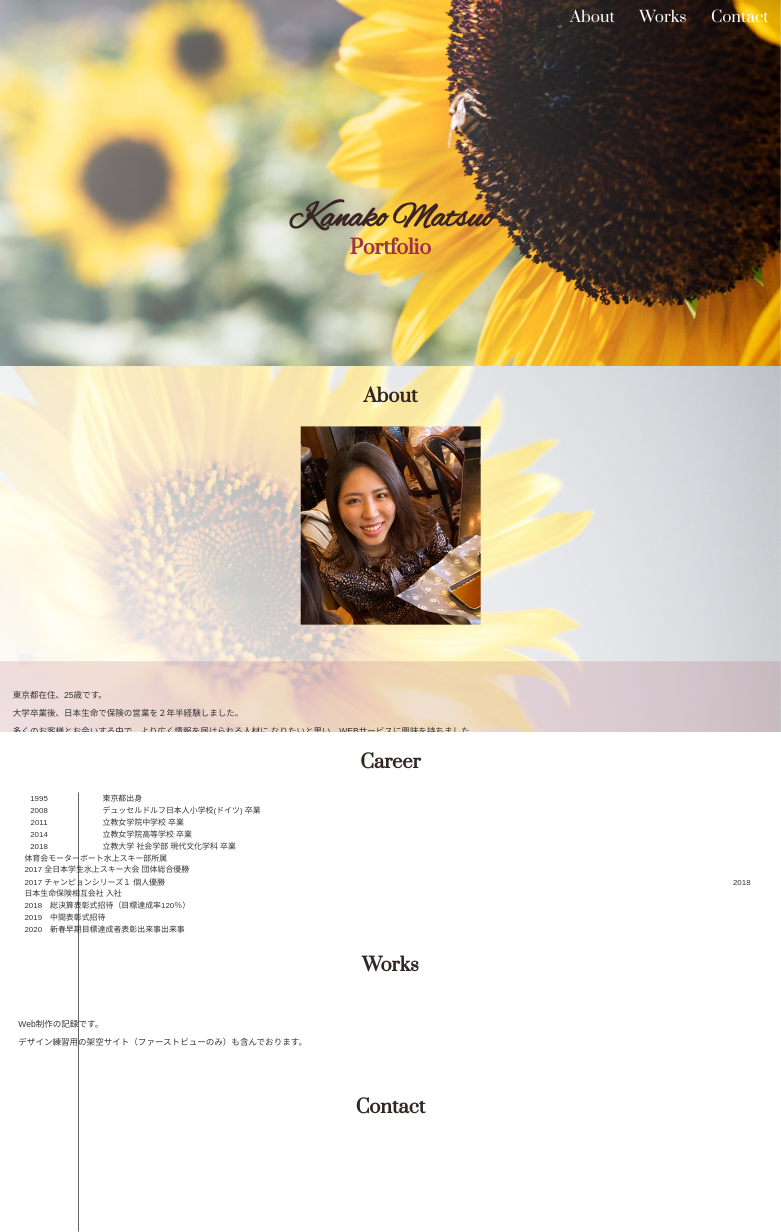
Repository: KanakoMatsuo/Portfolio
Page: index.html
The author's editor kept a record of every edit. The page is drawn from the files as they stood at one moment, then again after the next edit.
The browser window is 1280 px wide. The pictures show the whole page, at 61% of full size.

Above is the page before.

### index.html
<!DOCTYPE html>
<html lang="ja">
    <head>
        <meta charset="UTF-8">
        <title>Kanako Matsuo ポートフォリオ</title>
        <link href="https://fonts.googleapis.com/css2?family=Alex+Brush&family=Prata&display=swap" rel="stylesheet">
        <link rel="stylesheet" href="Portfolio.css">
    </head>
    <body>
        <header>
            <nav>
                <ul>
                    <li>About</li>
                    <li>Works</li>
                    <li>Contact</li>
                </ul>
            </nav>
            <h1>
                <span class="A">Kanako Matsuo</span><br>
                <span class="B">Portfolio</span>
            </h1>
        </header>
        <section class="About">
            <h2>
                About
            </h2>
            <img class="myphoto" src="./images/image0.jpg">
            <p>
                東京都在住、25歳です。<br>大学卒業後、日本生命で保険の営業を２年半経験しました。<br>
                多くのお客様とお会いする中で、より広く情報を届けられる人材に
                なりたいと思い、WEBサービスに興味を持ちました。<br>
                それから侍エンジニア塾で３カ月間、WEB制作とコーディングを勉強しながら転職活動を行っております。<br>
                営業職で培ったヒアリング力とお客様に寄り添った提案スキルを
                活かして、WEB制作の仕事でも顧客とのコミュニケーションを大切にし、顧客の課題解決、目標達成に貢献していきたいです。
            </p>
        </section>
        <section class="Career">
            <h2>
                Career
            </h2>
            <dt></dt>
            <dl class="history">
                <dt>1995</dt> <dd>東京都出身</dd>
                <dt>2008</dt> <dd>デュッセルドルフ日本人小学校(ドイツ) 卒業</dd>
                <dt>2011</dt> <dd>立教女学院中学校 卒業</dd>
                <dt>2014</dt> <dd>立教女学院高等学校 卒業</dd>
                <dt>2018</dt> <dd>立教大学 社会学部 現代文化学科 卒業</dd>
                              <dd>体育会モーターボート水上スキー部所属</dd>
                              <dd>2017 全日本学生水上スキー大会 団体総合優勝</dd>
                              <dd>2017 チャンピョンシリーズ１ 個人優勝</dd>
                <dt>2018</dt> <dd>日本生命保険相互会社 入社</dd>
                              <dd>2018　総決算表彰式招待（目標達成率120％）</dd>
　　　　　　　　　            <dd>2019　中間表彰式招待</dd>
　　　　　　　　　            <dd>2020　新春早期目標達成者表彰出来事出来事</dd>
　　　　　　</dl>
        </section>
        <section class="Works">
            <h2>
                Works
            </h2>
            <p>Web制作の記録です。<br>
               デザイン練習用の架空サイト（ファーストビューのみ）も含んでおります。
            </p>
            <ul>
                <li></li>
                <li></li>
                <li></li>
            </ul>
        </section>
        <section class="Works">
            <h2>
                Contact
            </h2>
        </section>
    </body>
</html>

### Portfolio.css
@charset "utf-8";

body {
	margin: 0;
	padding: 0;
	font-family: "ヒラギノ角ゴ Pro W3", "Hiragino Kaku Gothic Pro", "メイリオ", Meiryo, Osaka, "ＭＳ Ｐゴシック", "MS PGothic", sans-serif;
	color: #333;
	font-size: 13px;
	line-height: 150%;
}

header {
  background:
   linear-gradient(90deg, rgba(255,255,255,0.5), rgba(255,255,255, 0.001)) center/cover no-repeat,
   url("./images/richard-rivas-hyWiznXNF1A-unsplash.jpg") center/cover no-repeat;
  height: 600px;
  overflow: hidden;
}

ul {
  display: flex;
  justify-content: flex-end;
}

li {
  color: #ffffff;
  font-size: 18px;
  list-style: none;
  /*font-family: 'Alex Brush', cursive;*/
  font-family: 'Prata', serif;
  margin-right: 40px;
}

li:last-child {
  margin-right: 20px;
}

header h1 {
  text-align: center;
  position: absolute;
  top: 50%;
  width: 100%;
  left: 50%;
  transform: translate(-50%, -50%);
}

.A {
  line-height: 60px;
  color:#3b2424;
  font-size:56px;
  font-family:'Alex Brush';
  justify-content:center;
}

.B {
  line-height: 36px;
  color:#9d3448;
  font-size:32px;
  font-family:'Prata', serif;
}

h2 {
  color: #312622;
  font-size:20px;
  font-family: 'Prata', serif;
  text-align:center;
  padding-top:15px;
  padding-bottom:15px;
}

p {
  font-size:12px;
  padding:30px;
}

.myphoto {
 width:50%;
 height:50%;
 display:block;
 margin:auto;
}

.About {
  /*background:url("./images/background.jpg") center/cover no-repeat;*/
  background:
    linear-gradient(45deg, rgba(255,255,255,1), rgba(255,255,255, 0.3)) center/cover no-repeat,
    url("./images/background.jpg") center/cover no-repeat;
  height: 600px;
  overflow: hidden;
}
.About p{
  background:#9d3448;
  background: rgba(152,52, 72, 0.15);
  padding-top:110px;
  margin-top:-100px;
}

@media screen and (min-width:979px) {
  li{
    font-size:25px;
    line-height:30px;
  }
  h2{
    font-size:30px;
  }
  p{
    font-size:14px;
    line-height:30px;
  }
  .myphoto {
 width:295px;
 height:325px;
  }
  .About div{
    display:flex;
    margin:0 20%;
  }
  .About p {
   padding-top: 40px;
    margin-top: 60px;
    margin-bottom: -60px;
    padding-left: 166px;
    margin-left: -145px;
  }
  .Career div{
    display:flex;
  }
  .waterski {
 width:295px;
 height:205px;
  }
}

.Career {
  background:#11111;

}
.history {
  display: flex;
  flex-wrap: wrap;
}

.history dt {
  width: 10%;
  text-align: center;
}

.history dd {
  width: calc(90% - 40px);
  text-align: left;
  margin : 0;
  margin-left: 40px;
}

.history dd.indent1 {
  width: calc(90% - 60px);
  margin-left: 60px;
}


.history:before {
height: 100%;
left: 10%;
position: absolute;
display: block;
content: "";
border-left: 1px solid black;
}

.waterski {
 width:295px;
 height:205px;
 width:70%;
 height:70%;
 display:block;
 margin:auto;
}


section.about .career .history dt { width: 30%;
min-height: 24px;
}
section.about .career .history dd { margin: 0;
margin: 0;
 width: 70%; 14 }
 {source.txt}


/* -------------------- wrapper -------------------- */
#wrapper {
    width: 100%;
    margin: auto;
    padding: 0px;
    border: 0px;
    background-color: #FFF;
    top: 10px;
}

After the next edit:
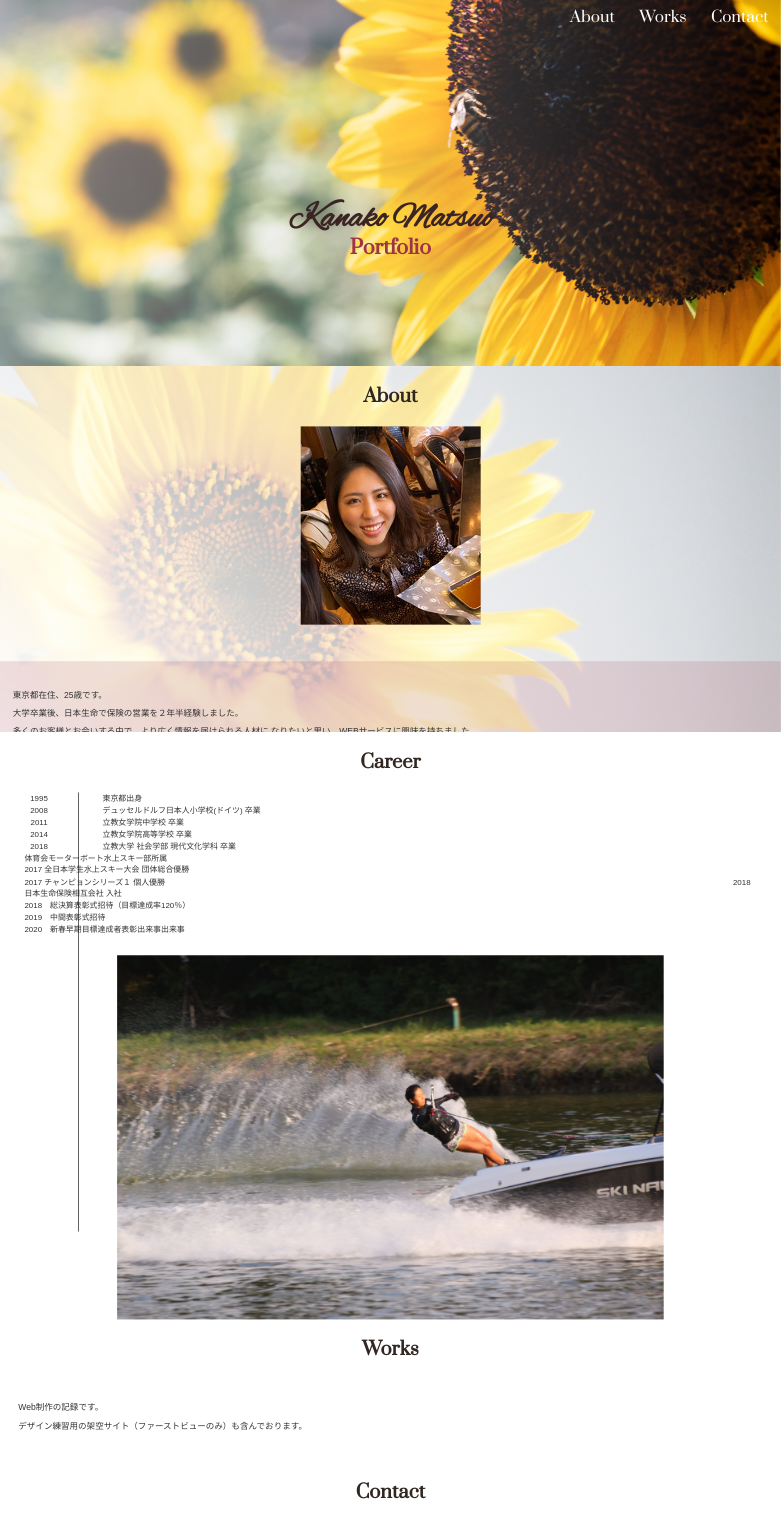
The edit:
--- a/index.html
+++ b/index.html
@@ -53,6 +53,7 @@
 　　　　　　　　　            <dd>2019　中間表彰式招待</dd>
 　　　　　　　　　            <dd>2020　新春早期目標達成者表彰出来事出来事</dd>
 　　　　　　</dl>
+　　　　　　<img class="waterski" src="./images/waterski.JPG">
         </section>
         <section class="Works">
             <h2>
